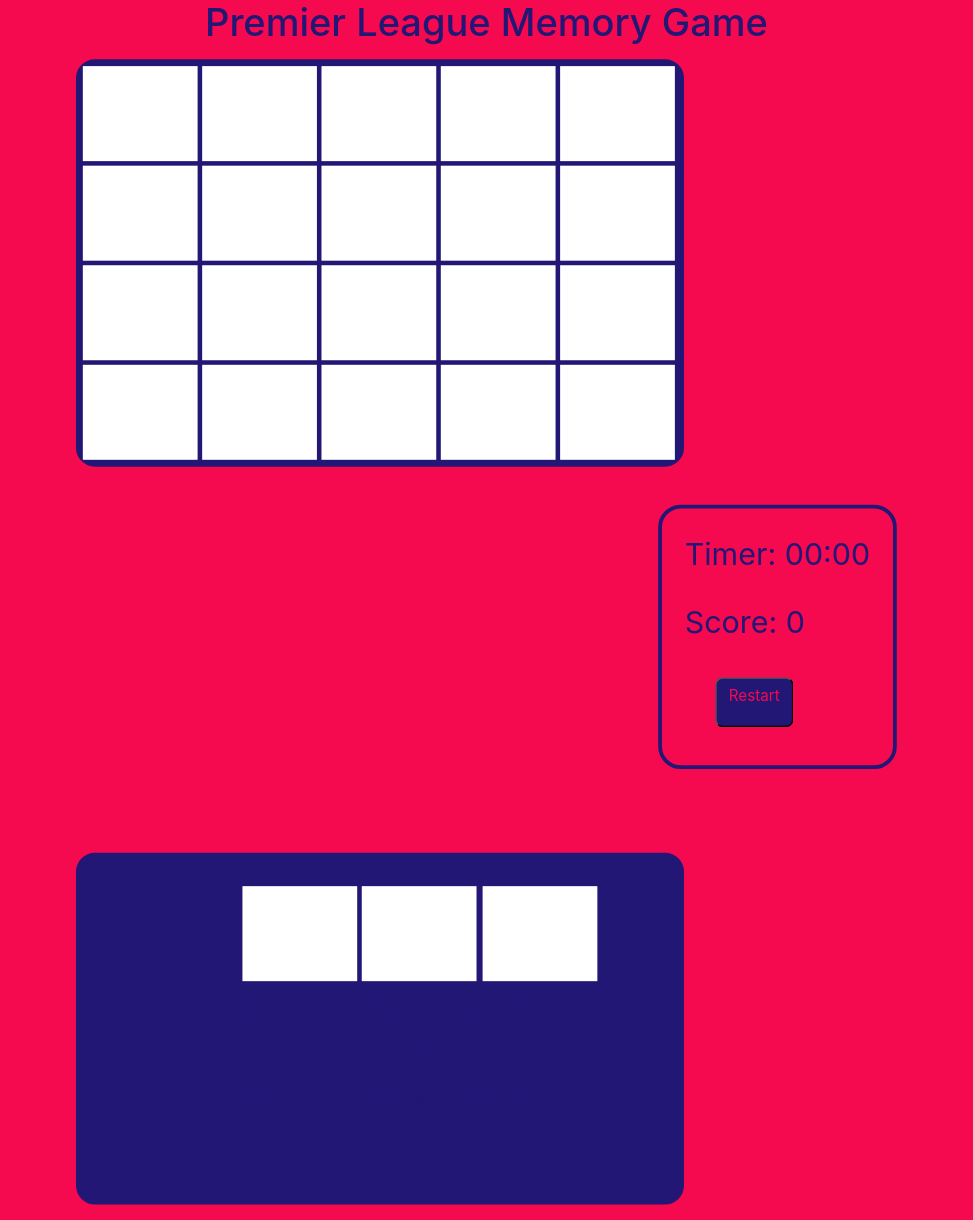
Repository: IchaTreasure/Premier-League-Memory-Game-
Page: index.html
The author's editor kept a record of every edit. The page is drawn from the files as they stood at one moment, then again after the next edit.
The browser window is 1280 px wide. The pictures show the whole page, at 76% of full size.
Some web libraries are served in a nearby version.

Above is the page before.

### index.html
<!DOCTYPE html>
<html lang="en">

<head>
    <meta charset="UTF-8">
    <meta name="viewport" content="width=device-width, initial-scale=1.0">
    <meta http-equiv="X-UA-Compatible" content="ie=edge">

    <link rel="stylesheet" href="https://maxcdn.bootstrapcdn.com/bootstrap/4.1.3/css/bootstrap.min.css">
    <link rel="stylesheet" href="https://use.fontawesome.com/releases/v5.6.1/css/all.css" integrity="sha384-gfdkjb5BdAXd+lj+gudLWI+BXq4IuLW5IT+brZEZsLFm++aCMlF1V92rMkPaX4PP" crossorigin="anonymous">
    <link rel="stylesheet" href="https://stackpath.bootstrapcdn.com/bootstrap/4.3.1/css/bootstrap.min.css" type="text/css" />
    <link rel="stylesheet" href="https://stackpath.bootstrapcdn.com/font-awesome/4.7.0/css/font-awesome.min.css" type="text/css" />
    <link rel="stylesheet" href="https://cdnjs.cloudflare.com/ajax/libs/hover.css/2.3.1/css/hover-min.css" type="text/css" />
    <link href="https://fonts.googleapis.com/css?family=Roboto:400,700" rel="stylesheet">
    <link rel="canonical" href="https://getbootstrap.com/docs/4.3/examples/starter-template/">



    <link rel="stylesheet" href="styles.css" type="text/css" />
    <title>Premier League Memory Game</title>
</head>

<body>
    <!-- Title of the the game -->
    <h1 style="color: #221775; text-align: center; font-size: 50px;">
        Premier League Memory Game
    </h1>



    <!-- div for the 4x5 Memory game -->
    <div id="game-container">

        <!-- div for the front and back images of the cards , coppied 20 time because its a 4x5 -->
        <div id="memory-card1" class="memory-card">
            <div id="back-card1" class="back-card">
                <img src="Images/manunited.jpg"></img>
            </div>
            <div id="front-card1" class="front-card">

            </div>
        </div>

        <!-- div for the front and back images of the cards , coppied 20 time because its a 4x5 -->
        <div id="memory-card2" class="memory-card">
            <div id="back-card2" class="back-card">
                <img src="Images/Mancity.png"></img>
            </div>
            <div id="front-card2" class="front-card">

            </div>
        </div>

        <!-- div for the front and back images of the cards , coppied 20 time because its a 4x5 -->
        <div id="memory-card3" class="memory-card">
            <div id="back-card3" class="back-card">
                <img src="Images/leicester.jpg"></img>
            </div>
            <div id="front-card3" class="front-card">

            </div>
        </div>

        <!-- div for the front and back images of the cards , coppied 20 time because its a 4x5 -->
        <div id="memory-card4" class="memory-card">
            <div id="back-card4" class="back-card">
                <img src="Images/Everton.png"></img>
            </div>
            <div id="front-card4" class="front-card">

            </div>
        </div>

        <!-- div for the front and back images of the cards , coppied 20 time because its a 4x5 -->
        <div id="memory-card5" class="memory-card">
            <div id="back-card5" class="back-card">
                <img src="Images/chelsea.png"></img>
            </div>
            <div id="front-card5" class="front-card">

            </div>
        </div>

        <!-- div for the front and back images of the cards , coppied 20 time because its a 4x5 -->
        <div id="memory-card6" class="memory-card">
            <div id="back-card6" class="back-card">
                <img src="Images/Watford.png"></img>
            </div>
            <div id="front-card6" class="front-card">

            </div>
        </div>

        <!-- div for the front and back images of the cards , coppied 20 time because its a 4x5 -->
        <div id="memory-card7" class="memory-card">
            <div id="back-card7" class="back-card">
                <img src="Images/west-ham.png"></img>
            </div>
            <div id="front-card7" class="front-card">

            </div>
        </div>

        <!-- div for the front and back images of the cards , coppied 20 time because its a 4x5 -->
        <div id="memory-card8" class="memory-card">
            <div id="back-card8" class="back-card">
                <img src="Images/bournemouth.jpg"></img>
            </div>
            <div id="front-card8" class="front-card">

            </div>
        </div>

        <!-- div for the front and back images of the cards , coppied 20 time because its a 4x5 -->
        <div id="memory-card9" class="memory-card">
            <div id="back-card9" class="back-card">
                <img src="Images/Burnley.png"></img>
            </div>
            <div id="front-card9" class="front-card">

            </div>
        </div>

        <!-- div for the front and back images of the cards , coppied 20 time because its a 4x5 -->
        <div id="memory-card10" class="memory-card">
            <div id="back-card10" class="back-card">
                <img src="Images/crystal_pal.png"></img>
            </div>
            <div id="front-card10" class="front-card">

            </div>
        </div>

        <!-- div for the front and back images of the cards , coppied 20 time because its a 4x5 -->
        <div id="memory-card11" class="memory-card">
            <div id="back-card11" class="back-card">
                <img src="Images/manunited.jpg"></img>
            </div>
            <div id="front-card11" class="front-card">

            </div>
        </div>

        <!-- div for the front and back images of the cards , coppied 20 time because its a 4x5 -->
        <div id="memory-card12" class="memory-card">
            <div id="back-card12" class="back-card">
                <img src="Images/Watford.png"></img>
            </div>
            <div id="front-card12" class="front-card">

            </div>
        </div>

        <!-- div for the front and back images of the cards , coppied 20 time because its a 4x5 -->
        <div id="memory-card13" class="memory-card">
            <div id="back-card13" class="back-card">
                <img src="Images/Burnley.png"></img>
            </div>
            <div id="front-card13" class="front-card">

            </div>
        </div>

        <!-- div for the front and back images of the cards , coppied 20 time because its a 4x5 -->
        <div id="memory-card14" class="memory-card">
            <div id="back-card14" class="back-card">
                <img src="Images/west-ham.png"></img>
            </div>
            <div id="front-card14" class="front-card">

            </div>
        </div>

        <!-- div for the front and back images of the cards , coppied 20 time because its a 4x5 -->
        <div id="memory-card15" class="memory-card">
            <div id="back-card15" class="back-card">
                <img src="Images/chelsea.png"></img>
            </div>
            <div id="front-card15" class="front-card">

            </div>
        </div>

        <!-- div for the front and back images of the cards , coppied 20 time because its a 4x5 -->
        <div id="memory-card16" class="memory-card">
            <div id="back-card16" class="back-card">
                <img src="Images/bournemouth.jpg"></img>
            </div>
            <div id="front-card16" class="front-card">

            </div>
        </div>

        <!-- div for the front and back images of the cards , coppied 20 time because its a 4x5 -->
        <div id="memory-card17" class="memory-card">
            <div id="back-card17" class="back-card">
                <img src="Images/leicester.jpg"></img>
            </div>
            <div id="front-card17" class="front-card">

            </div>
        </div>

        <!-- div for the front and back images of the cards , coppied 20 time because its a 4x5 -->
        <div id="memory-card18" class="memory-card">
            <div id="back-card18" class="back-card">
                <img src="Images/crystal_pal.png"></img>
            </div>
            <div id="front-card18" class="front-card">

            </div>
        </div>

        <!-- div for the front and back images of the cards , coppied 20 time because its a 4x5 -->
        <div id="memory-card19" class="memory-card">
            <div id="back-card19" class="back-card">
                <img src="Images/Mancity.png"></img>
            </div>
            <div id="front-card19" class="front-card">

            </div>
        </div>

        <!-- div for the front and back images of the cards , coppied 20 time because its a 4x5 -->
        <div id="memory-card20" class="memory-card">
            <div id="back-card20" class="back-card">
                <img src="Images/Everton.png"></img>
            </div>
            <div id="front-card20" class="front-card">

            </div>
        </div>

    </div>

    <!-- div for info about the current status of the game i.e time, score, flips -->
    <div class="game-info">

        <!-- div to show timer -->
        <div class="game-timer">
            <span>Timer:</span>
            <span>00:00</span>
        </div>

        <!-- div to show currnet score -->
        <div id="game-score">
            <span>Score:</span>
            <span>0</span>
        </div>

        <!-- div to reset the game -->
        <button id="reset-game" class="btn-lg active">
       <p style="color: #f50a50;">Restart</p>
        </button>

    </div>


<div id="game-container">
    <div class="game-info">
        <table style="width:100%">
            <tr>
                <td>

                    <!-- div for the front and back images of the cards , coppied 20 time because its a 4x5 -->
                    <div id="memory-card1" class="memory-card">
                        <div id="back-card1" class="back-card">
                            <img src="Images/manunited.jpg"></img>
                        </div>
                        <div id="front-card1" class="front-card">

                        </div>
                    </div>
                </td>
                <td>


                    <!-- div for the front and back images of the cards , coppied 20 time because its a 4x5 -->
                    <div id="memory-card2" class="memory-card">
                        <div id="back-card2" class="back-card">
                            <img src="Images/Mancity.png"></img>
                        </div>
                        <div id="front-card2" class="front-card">

                        </div>
                    </div>
                </td>
                <td>
                    <!-- div for the front and back images of the cards , coppied 20 time because its a 4x5 -->
                    <div id="memory-card3" class="memory-card">
                        <div id="back-card3" class="back-card">
                            <img src="Images/leicester.jpg"></img>
                        </div>
                        <div id="front-card3" class="front-card">

                        </div>
                    </div>
                </td>
            </tr>
            <tr>
                <td>Eve</td>
                <td>Jackson</td>
                <td>94</td>
            </tr>
            <tr>
                <td>Jill</td>
                <td>Smith</td>
                <td>50</td>
            </tr>
            <tr>
                <td>Eve</td>
                <td>Jackson</td>
                <td>94</td>
            </tr>
        </table>

    </div>
    </div>

    <script type="text/javascript" src="images.js"></script>
    <script type="text/javascript" src="script.js"></script>

    <script src="https://code.jquery.com/jquery-3.3.1.slim.min.js" integrity="sha384-q8i/X+965DzO0rT7abK41JStQIAqVgRVzpbzo5smXKp4YfRvH+8abtTE1Pi6jizo" crossorigin="anonymous"></script>
    <script src="https://cdnjs.cloudflare.com/ajax/libs/popper.js/1.14.7/umd/popper.min.js" integrity="sha384-UO2eT0CpHqdSJQ6hJty5KVphtPhzWj9WO1clHTMGa3JDZwrnQq4sF86dIHNDz0W1" crossorigin="anonymous"></script>
    <script src="https://stackpath.bootstrapcdn.com/bootstrap/4.3.1/js/bootstrap.min.js" integrity="sha384-JjSmVgyd0p3pXB1rRibZUAYoIIy6OrQ6VrjIEaFf/nJGzIxFDsf4x0xIM+B07jRM" crossorigin="anonymous"></script>

</body>

</html>

### styles.css
* {
  padding: 0;
  margin: 0;
  box-sizing: border-box;
  user-select: none;
}

body {
  background: #f50a50;
}

/* currnent status of the game stying */
.game-info {
  float: right;
	font-size: 40px;
	color: #221775;
	margin-top: 30px;
	margin-bottom: 100px;
	margin-right: 100px;
	margin-left: 100px;
	border: 5px solid #221775;
	border-radius: 30px;
}

/* Space between the timer and score */
#game-score{
	margin: 30px;
}
.game-timer{
  margin: 30px;
}

#reset-game {
  background-color: #221775;
	margin-bottom: 50px;
	margin-left: 70px;
	border-radius: 10px;
}

#game-container {
  float: left;
	width: 800px;
	height: auto;
	margin: 10px 20px 20px 100px;
	border: 6px solid #221775;
	background-color: #221775;
	border-radius: 25px;
}

img {
	width: 120px;
	height: 110px;
}

.memory-card{
  width: 151px;
	height: 125px;
	display: inline-block;
	float: left;
	margin: 3px;
	padding: 10px;
	background-color: white;
}

.front-card {
	position: absolute;
	width: 150px;
	height: 125px;
	margin: 0;
	transform: rotateY(0deg);
	transition: transform 0.5s linear 0s;
	backface-visibility: hidden;

}

.back-card {
	position: absolute;
	width: 150px;
	height: 125px;
	transform: rotateY(180deg);
	transition: transform 0.5s linear 0s;
	backface-visibility: hidden;
}

### script.js
//retriving the the classes of the game, timer, score and reset
var gamecontainer = document.getElementById("game-container");
var gametimer = document.getElementsByClassName("game-timer");
var gamescore = document.getElementById("game-score");
var resetgame = document.getElementsByClassName("reset-game");

var cardChecked = 0;
var cardNumber; // id of which card was clicked

var frontcard;
var backcard;

var endgame = false;

var cardIndex = [0, 0, 0, 0, 0, 0, 0, 0, 0, 0, 0, 0, 0, 0, 0, 0, 0, 0, 0, 0];

var cardTextRecord = [];

var cardRecord = [];

var numberOfFlips = 0;

var scoreCounter = 0;

//Fliping the cards
//gamecontainer.addEventListener("click", function(e) { // Listening for click
document.getElementById("game-container").addEventListener("click", function(e) { // Listening for click
	var targetElement = e.target.parentElement; //finding out which element was clicked and the parent of that elemnt
	var numId = targetElement.id;
	if (Number.isInteger(parseInt(numId.replace("back-card", ""), 10))) {
		cardClicked(targetElement.parentElement.id);
	}
	else {
		cardClicked(numId);
	}
});


function cardClicked(cardId) {
	cardNumber = cardId.replace("memory-card", "");
	cardNumber = parseInt(cardNumber, 10);

	if (cardIndex[cardNumber - 1] == 0 && cardChecked == 0 && endgame == false) {

		//frontcard = document.getElementById("front-card" + cardNumber);
		//backcard = document.getElementById("back-card" + cardNumber);
		document.getElementById("front-card" + cardNumber).style.transform = "rotateY(-180deg)";
		document.getElementById("back-card" + cardNumber).style.transform = "rotateY(0deg)";

		cardTextRecord.push(document.getElementById("back-card" + cardNumber).innerHTML);
		cardRecord.push(cardNumber);

		numberOfFlips++;
		cardIndex[cardNumber - 1] = 1;

		if (numberOfFlips == 2) {
			if (cardTextRecord[0] == cardTextRecord[1]) {
				scoreCounter++;
				//gamescore.innerHTML = "Score: " + scoreCounter;
				document.getElementById("game-score").innerHTML = "Score: " + scoreCounter;
				cardTextRecord = [];
				cardRecord = [];

				numberOfFlips = 0;

				if (scoreCounter == 10) {
					clearTimeout();
					setTimeout(function() { showScore(); }, 600);
				}
				return;
			}
			else {
				cardChecked = 1;
				setTimeout(function() { unFlip(); }, 600);
				return;
			}
		}
	}

	if (endgame == true) {
		alert("Game Over, click reset to reshuffle the Board");
	}
}

function unFlip() {
	document.getElementById("front-card" + cardRecord[0]).style.transform = "rotateY(0deg)";
	document.getElementById("back-card" + cardRecord[0]).style.transform = "rotateY(180deg)";
	document.getElementById("front-card" + cardRecord[1]).style.transform = "rotateY(0deg)";
	document.getElementById("back-card" + cardRecord[1]).style.transform = "rotateY(180deg)";

	cardIndex[cardRecord[0] - 1] = 0;
	cardIndex[cardRecord[1] - 1] = 0;
	cardTextRecord = [];
	cardRecord = [];
	numberOfFlips = 0;
	cardChecked = 0;
}

function showScore() {
	endgame = true;

	if (scoreCounter == 10) {
		alert("Congratulations! You won! Your Score is " + scoreCounter);
	}
	else {
		alert("Sorry!!!! You Lost Your score is " + scoreCounter);

	}
}

document.getElementById("reset-game").addEventListener("click", startNewGame);

function startNewGame() {
	window.location.reload();
}

Loaded but not shown: images.js (no copy from this time; the picture is the same without it)

After the next edit:
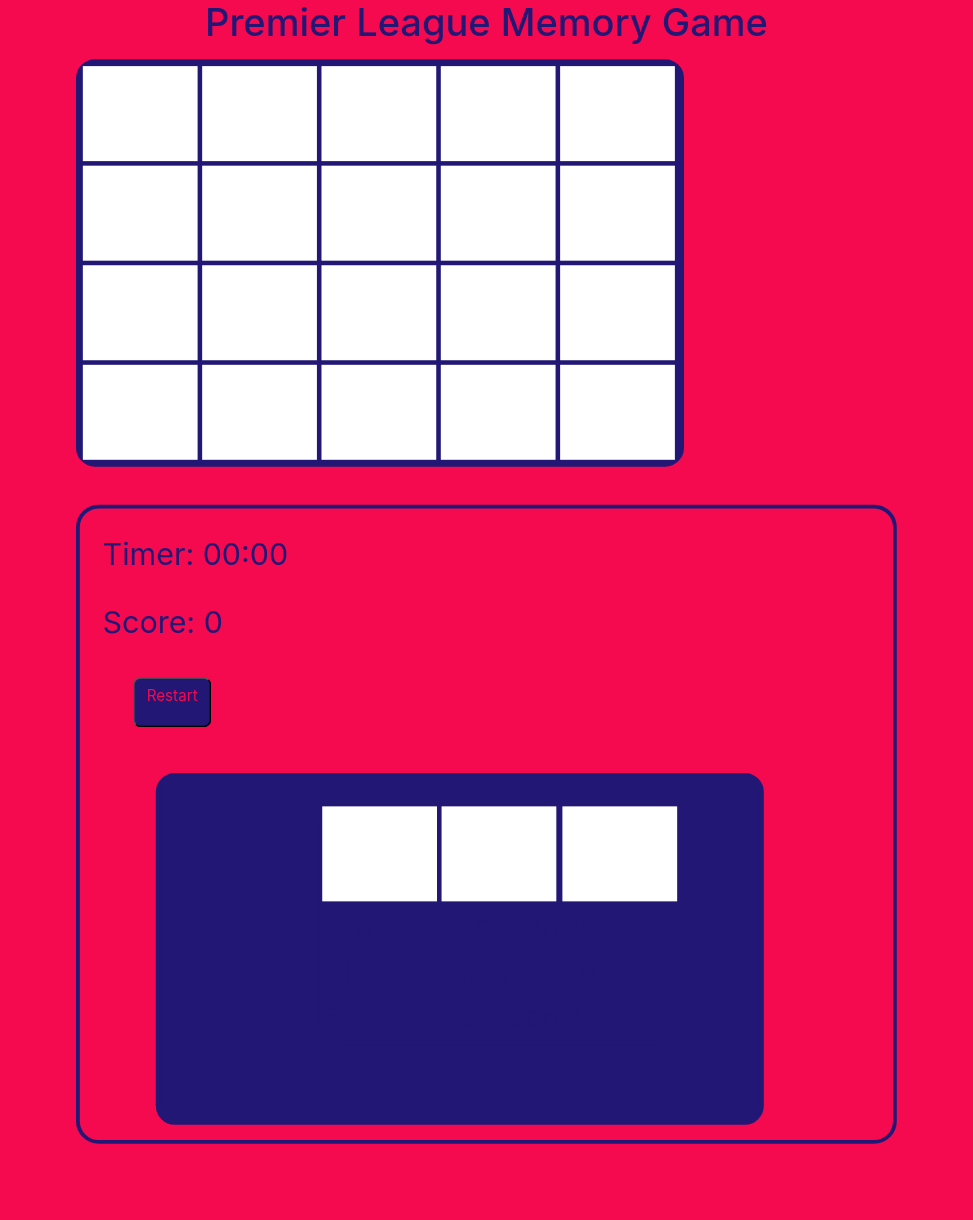
The edit:
--- a/index.html
+++ b/index.html
@@ -236,85 +236,88 @@
     <!-- div for info about the current status of the game i.e time, score, flips -->
     <div class="game-info">
 
-        <!-- div to show timer -->
-        <div class="game-timer">
-            <span>Timer:</span>
-            <span>00:00</span>
-        </div>
-
-        <!-- div to show currnet score -->
-        <div id="game-score">
-            <span>Score:</span>
-            <span>0</span>
-        </div>
-
-        <!-- div to reset the game -->
-        <button id="reset-game" class="btn-lg active">
-       <p style="color: #f50a50;">Restart</p>
-        </button>
-
-    </div>
-
-
-<div id="game-container">
-    <div class="game-info">
         <table style="width:100%">
             <tr>
                 <td>
-
-                    <!-- div for the front and back images of the cards , coppied 20 time because its a 4x5 -->
-                    <div id="memory-card1" class="memory-card">
-                        <div id="back-card1" class="back-card">
-                            <img src="Images/manunited.jpg"></img>
+                    <!-- div to show timer -->
+                    <div class="game-timer">
+                        <span>Timer:</span>
+                        <span>00:00</span>
+                    </div>
+
+                    <!-- div to show currnet score -->
+                    <div id="game-score">
+                        <span>Score:</span>
+                        <span>0</span>
+                    </div>
+
+                    <!-- div to reset the game -->
+                    <button id="reset-game" class="btn-lg active">
+       <p style="color: #f50a50;">Restart</p>
+        </button>
+
+    </div>
+
+
+    <div id="game-container">
+        <div class="game-info">
+            <table style="width:100%">
+                <tr>
+                    <td>
+
+                        <!-- div for the front and back images of the cards , coppied 20 time because its a 4x5 -->
+                        <div id="memory-card1" class="memory-card">
+                            <div id="back-card1" class="back-card">
+                                <img src="Images/manunited.jpg"></img>
+                            </div>
+                            <div id="front-card1" class="front-card">
+
+                            </div>
                         </div>
-                        <div id="front-card1" class="front-card">
-
+                    </td>
+                    <td>
+
+
+                        <!-- div for the front and back images of the cards , coppied 20 time because its a 4x5 -->
+                        <div id="memory-card2" class="memory-card">
+                            <div id="back-card2" class="back-card">
+                                <img src="Images/Mancity.png"></img>
+                            </div>
+                            <div id="front-card2" class="front-card">
+
+                            </div>
                         </div>
-                    </div>
-                </td>
-                <td>
-
-
-                    <!-- div for the front and back images of the cards , coppied 20 time because its a 4x5 -->
-                    <div id="memory-card2" class="memory-card">
-                        <div id="back-card2" class="back-card">
-                            <img src="Images/Mancity.png"></img>
+                    </td>
+                    <td>
+                        <!-- div for the front and back images of the cards , coppied 20 time because its a 4x5 -->
+                        <div id="memory-card3" class="memory-card">
+                            <div id="back-card3" class="back-card">
+                                <img src="Images/leicester.jpg"></img>
+                            </div>
+                            <div id="front-card3" class="front-card">
+
+                            </div>
                         </div>
-                        <div id="front-card2" class="front-card">
-
-                        </div>
-                    </div>
-                </td>
-                <td>
-                    <!-- div for the front and back images of the cards , coppied 20 time because its a 4x5 -->
-                    <div id="memory-card3" class="memory-card">
-                        <div id="back-card3" class="back-card">
-                            <img src="Images/leicester.jpg"></img>
-                        </div>
-                        <div id="front-card3" class="front-card">
-
-                        </div>
-                    </div>
-                </td>
-            </tr>
-            <tr>
-                <td>Eve</td>
-                <td>Jackson</td>
-                <td>94</td>
-            </tr>
-            <tr>
-                <td>Jill</td>
-                <td>Smith</td>
-                <td>50</td>
-            </tr>
-            <tr>
-                <td>Eve</td>
-                <td>Jackson</td>
-                <td>94</td>
-            </tr>
-        </table>
-
-    </div>
+                    </td>
+                </tr>
+                <tr>
+                    <td>Eve</td>
+                    <td>Jackson</td>
+                    <td>94</td>
+                </tr>
+                <tr>
+                    <td>Jill</td>
+                    <td>Smith</td>
+                    <td>50</td>
+                </tr>
+                <tr>
+                    <td>Eve</td>
+                    <td>Jackson</td>
+                    <td>94</td>
+                </tr>
+            </table>
+
+        </div>
     </div>
 
     <script type="text/javascript" src="images.js"></script>
